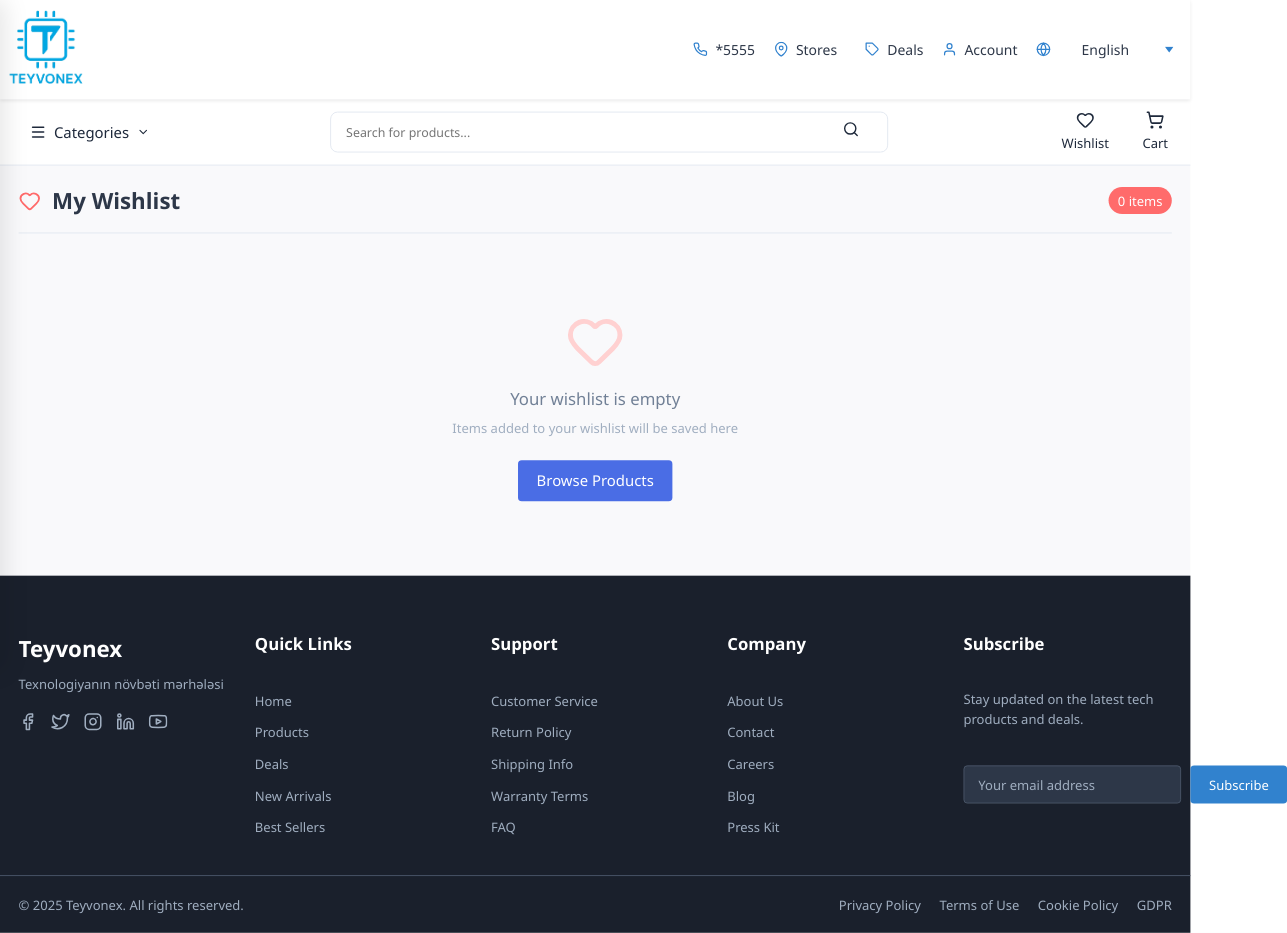
Repository: ferhadsultan98/e-commerce
Page: /wishlist
The author's editor kept a copy of each file at every save. The page is drawn from the files as they stood at one save, then again after a run of saves.
The browser window is 1280 px wide. The page is 1384 px wide, so the pictures cover 1384 px, including what lies to the right of the window. The pictures show the whole page, at 93% of full size.
The project was rebuilt for these pictures with package versions that can differ from the ones it lists, and the page was loaded fresh each time. Also part of the build but not shown: vite.config.js, src/admin/Components/AdminLogin/AdminLogin.scss, src/admin/Components/AdminLogin/AdminLogin.jsx, src/client/Pages/Products/ProductCard.jsx, src/client/Pages/Products/Products.jsx, src/client/Styles/TechSlider.scss, src/client/Pages/TechSlider/TechSlider.jsx, src/client/Styles/ProductFeatures.scss and 35 more.

Above is the page before, as saved 2025-04-26 20:01:24.

After the next 2 saves:
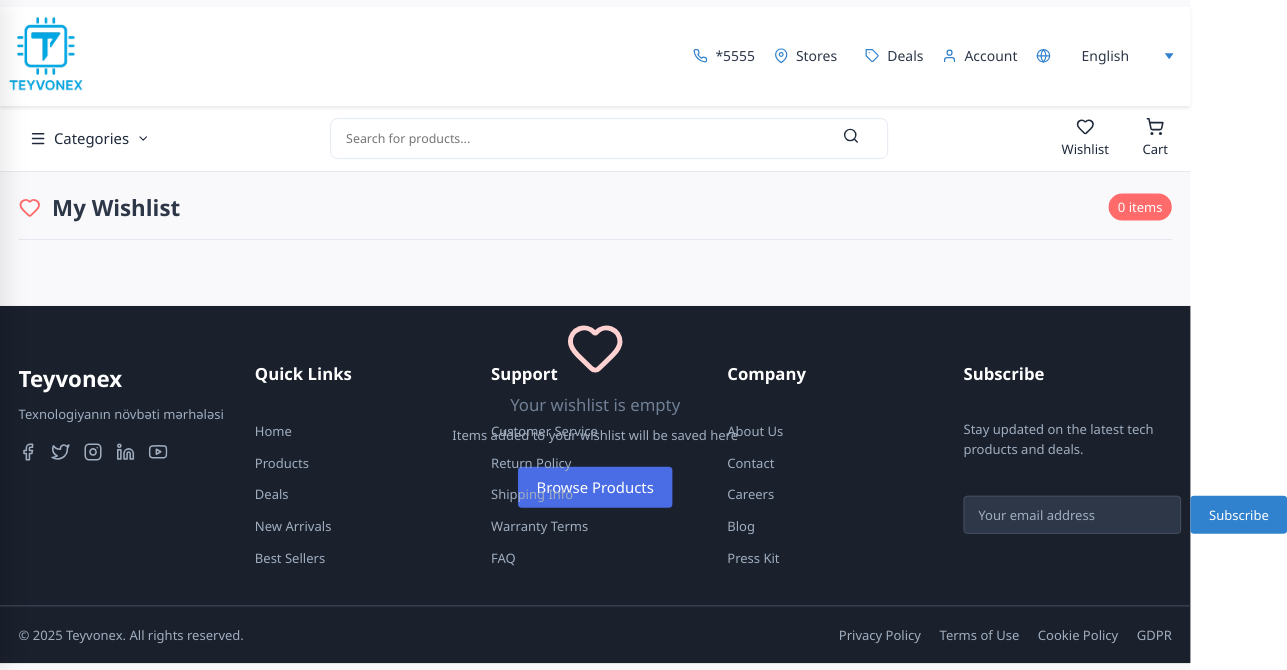
The 2 saves are shown as one change because they came seconds apart.
The last was saved 24 s later.
--- a/src/client/Styles/WishList.scss
+++ b/src/client/Styles/WishList.scss
@@ -14,6 +14,7 @@
   width: 100%;
   margin: 0 auto;
   max-width: 1420px;
+  height: 20vh;
   padding: 20px;
   font-family: "Segoe UI", Tahoma, Geneva, Verdana, sans-serif;
   color: $text-color;

After the save that followed:
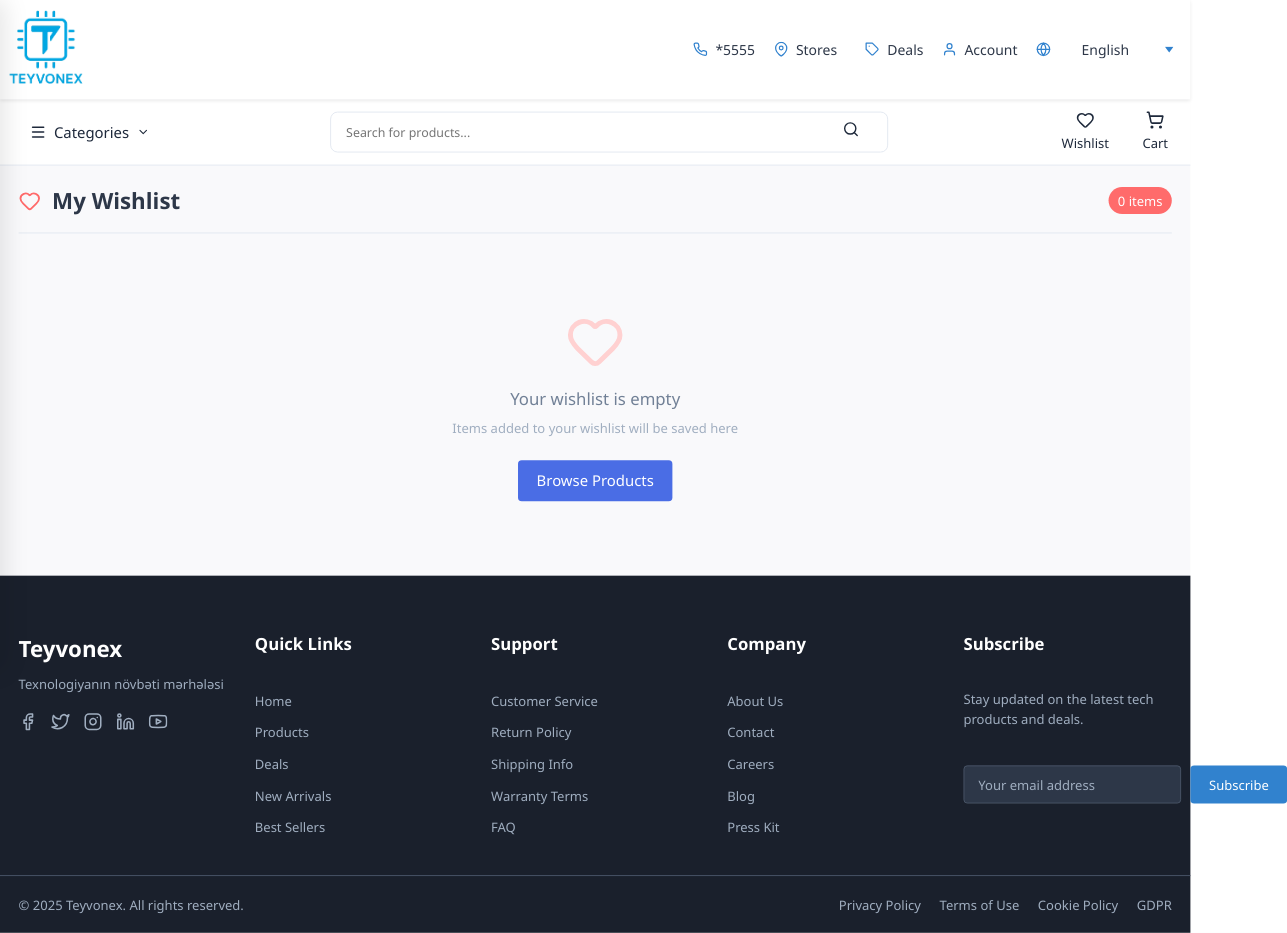
Saved 5 s later.
--- a/src/client/Styles/WishList.scss
+++ b/src/client/Styles/WishList.scss
@@ -14,7 +14,6 @@
   width: 100%;
   margin: 0 auto;
   max-width: 1420px;
-  height: 20vh;
   padding: 20px;
   font-family: "Segoe UI", Tahoma, Geneva, Verdana, sans-serif;
   color: $text-color;
